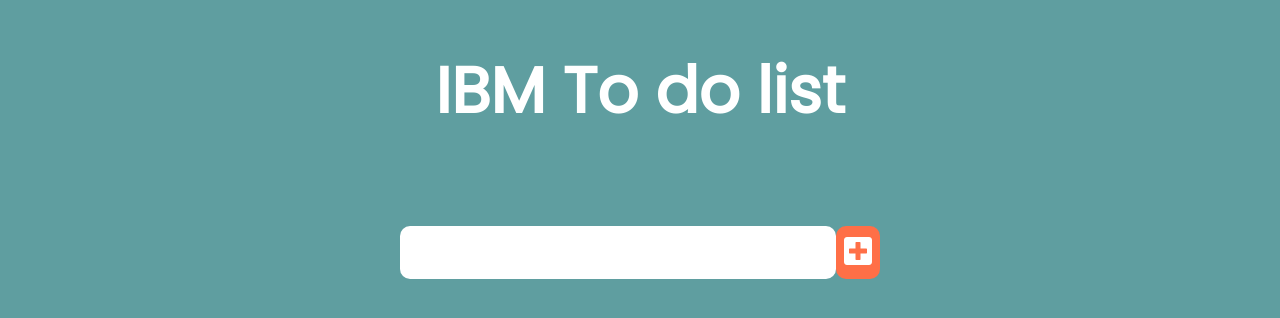
Repository: 2021-IBM-Accelerate-SW-Track/lab-1-team-34
Page: /
The author's editor kept a copy of each file at every save. The page is drawn from the files as they stood at one save, then again after the next save.
The browser window is 1280 px wide. The pictures show the whole page.
The pointer rests on the first visible `form button`.
Some web libraries are served in a nearby version. The project was rebuilt for these pictures with package versions that can differ from the ones it lists, and the page was loaded fresh each time. Also part of the build but not shown: src/components/Todo.js.

Above is the page before, as saved 2021-06-16 17:56:37.

After the next save:
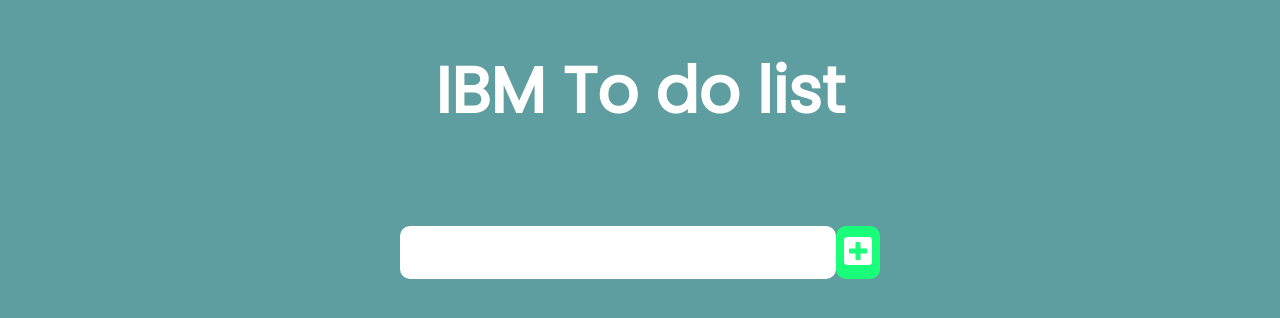
Saved 17 s later.
--- a/src/App.css
+++ b/src/App.css
@@ -36,7 +36,7 @@
   transition: all 0.3s ease;
 }
 form button:hover {
-  background: #ff6f47;
+  background: #1aff79;
   color: white;
 }
 .todo-container {
